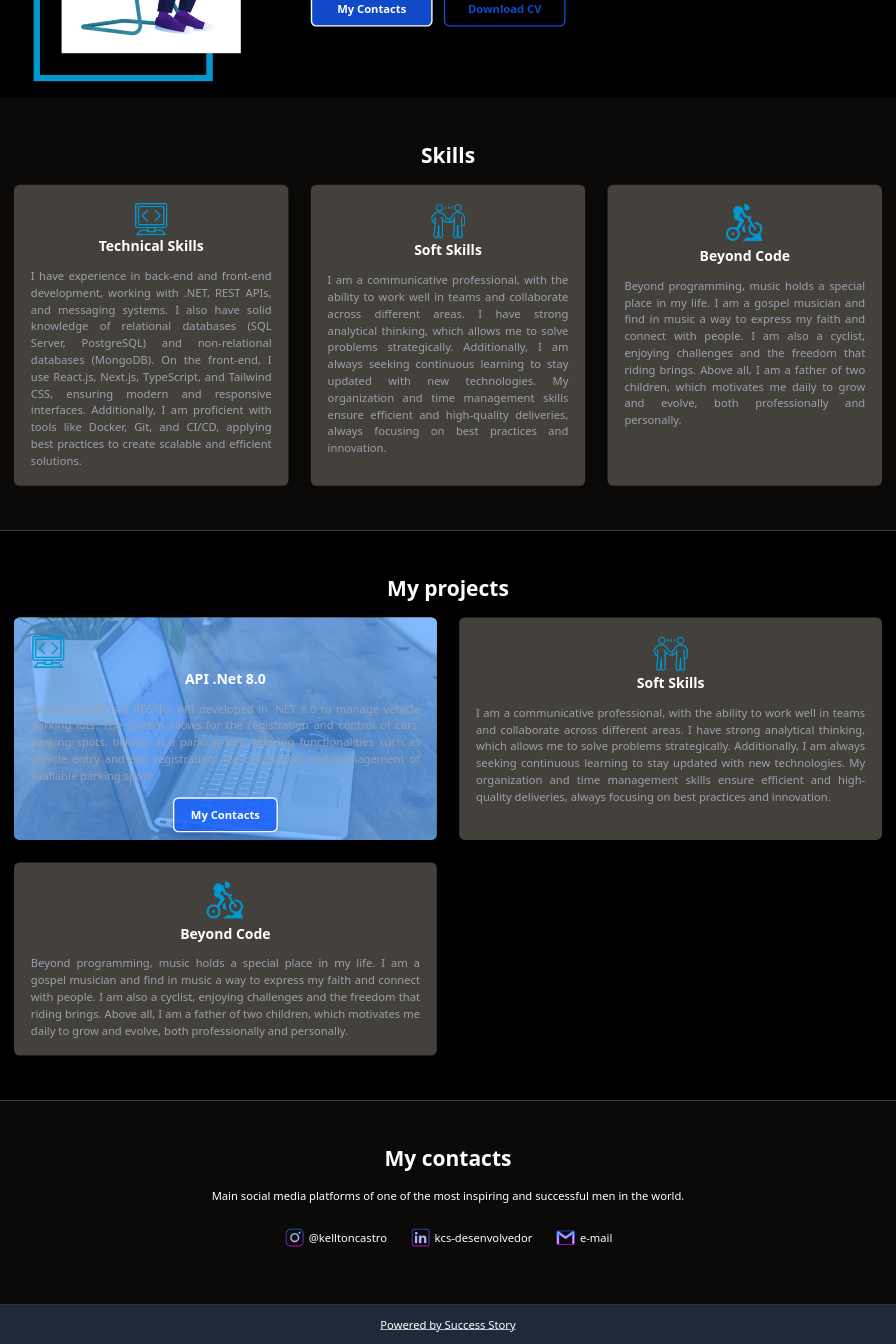
Repository: kcsdesenvolvedor/portfolio
Page: src/index.html
These files come from the project's save history. The page is drawn as it stood at one moment and after the next save; the edit follows.
The browser window is 1280 px wide. The pictures show the part of the page from y = 830 to 2750 px (the page is 2750 px tall), at 70% of full size.

Above is the page before, as saved 2025-03-04 16:26:55.
Console error: TypeError: Cannot read properties of null (reading 'textContent')

After the next save:
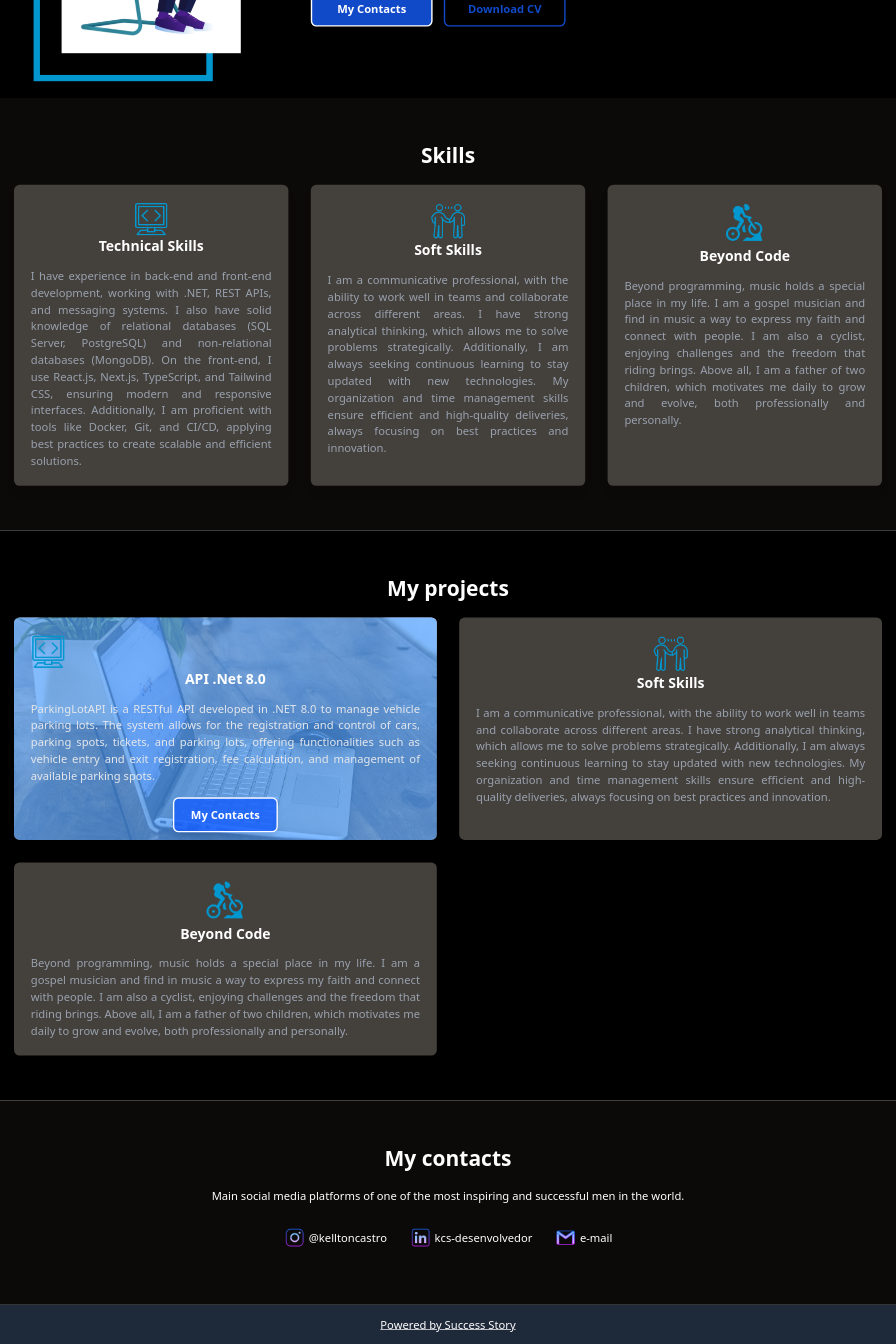
Saved 11 s later.
--- a/src/index.html
+++ b/src/index.html
@@ -208,7 +208,7 @@
                     <div class="relative z-10">
                         <img src="./img/hard-skills.png" alt="image hard skills">
                         <h4 class="text-xl text-white font-bold mb-4">API .Net 8.0</h4>
-                        <p class="text-gray-400 text-justify">ParkingLotAPI is a RESTful API developed in .NET 8.0 to manage vehicle parking lots. The system allows for the registration and control of cars, parking spots, tickets, and parking lots, offering functionalities such as vehicle entry and exit registration, fee calculation, and management of available parking spots.</p>
+                        <p class="text-gray-200 text-justify">ParkingLotAPI is a RESTful API developed in .NET 8.0 to manage vehicle parking lots. The system allows for the registration and control of cars, parking spots, tickets, and parking lots, offering functionalities such as vehicle entry and exit registration, fee calculation, and management of available parking spots.</p>
                         <div class="mt-8">
                             <a href="#contact" class="bg-blue-600/80 dark:bg-sky-400/80 text-center text-white font-bold w-full lg:w-2/4 py-3 px-6 border-2 rounded-lg shadow-lg hover:bg-black hover:text-blue-600/80 hover:dark:text-sky-400/80 hover:border-blue-600/80 hover:dark:border-sky-400/80 hover:border-2 transition delay-150 duration-300 ease-in-out">
                                 My Contacts
